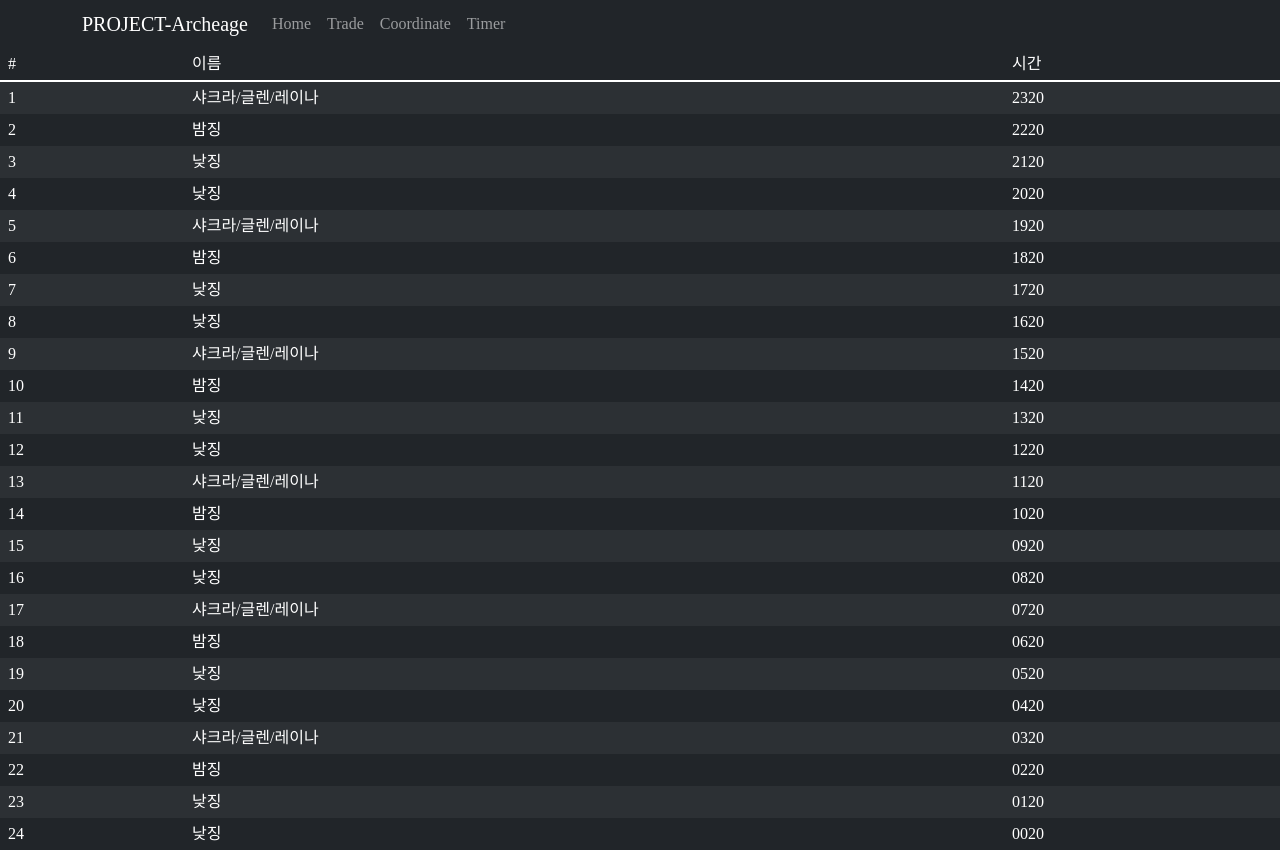
Repository: minsang98/project-archeage
Page: /timer
The author's editor kept a copy of each file at every save. The page is drawn from the files as they stood at one save, then again after a run of saves.
The browser window is 1280 px wide. The pictures show the whole page.
The project was rebuilt for these pictures with package versions that can differ from the ones it lists, and the page was loaded fresh each time. Imported but missing from the stored project, and not drawn on this page: src/components/Timer/lol.mp3.

Above is the page before, as saved 2022-01-10 23:14:21.

After the next 2 saves:
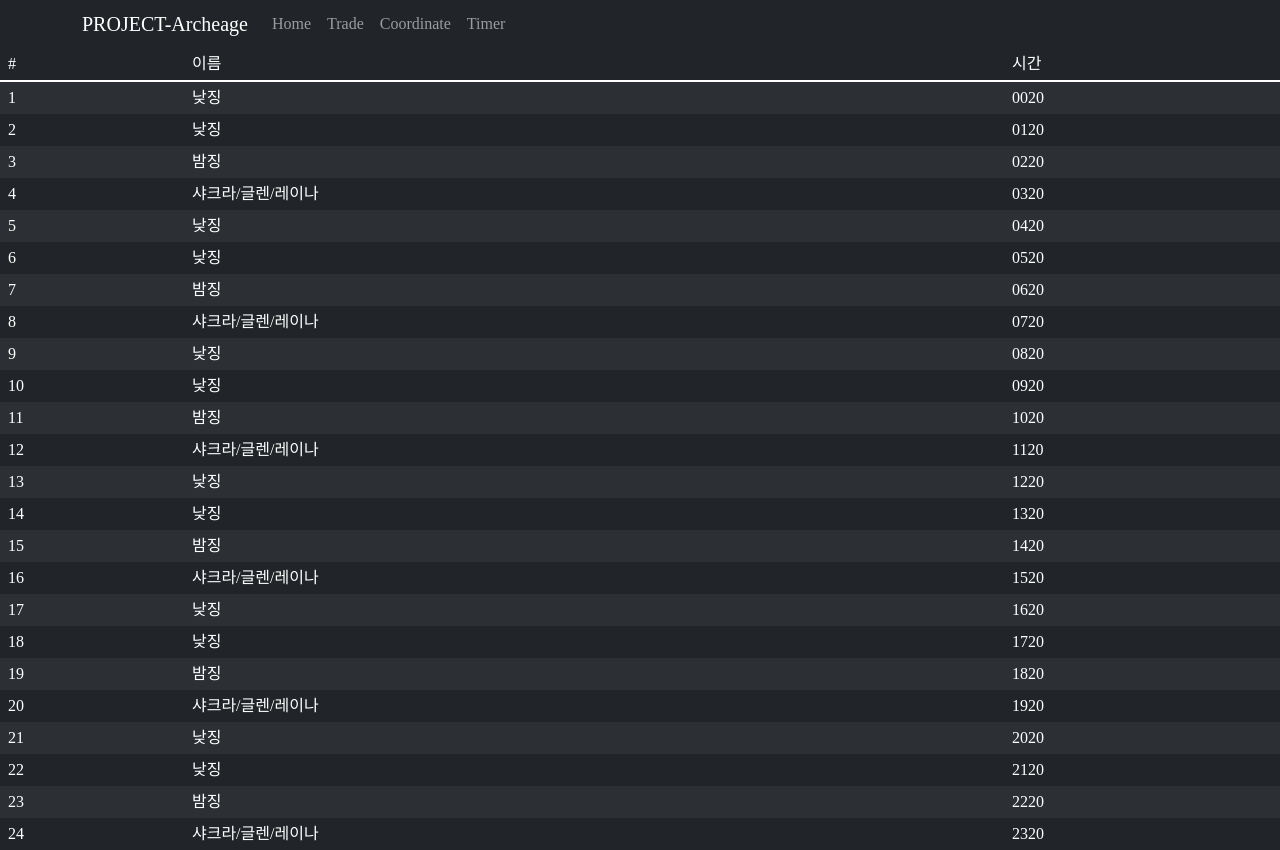
The 2 saves are shown as one change because they came seconds apart.
The last was saved 12 s later.
--- a/src/components/Timer/Timer.js
+++ b/src/components/Timer/Timer.js
@@ -26,7 +26,7 @@ const Timer = () => {
       return { name: '샤크라/글렌/레이나', time: v };
     });
   const riftRaid = [...cr, ...gr, ...raid];
-  riftRaid.sort((a, b) => b.time - a.time);
+  riftRaid.sort((a, b) => a.time - b.time);
   console.log(riftRaid);
   return (
     <div>
